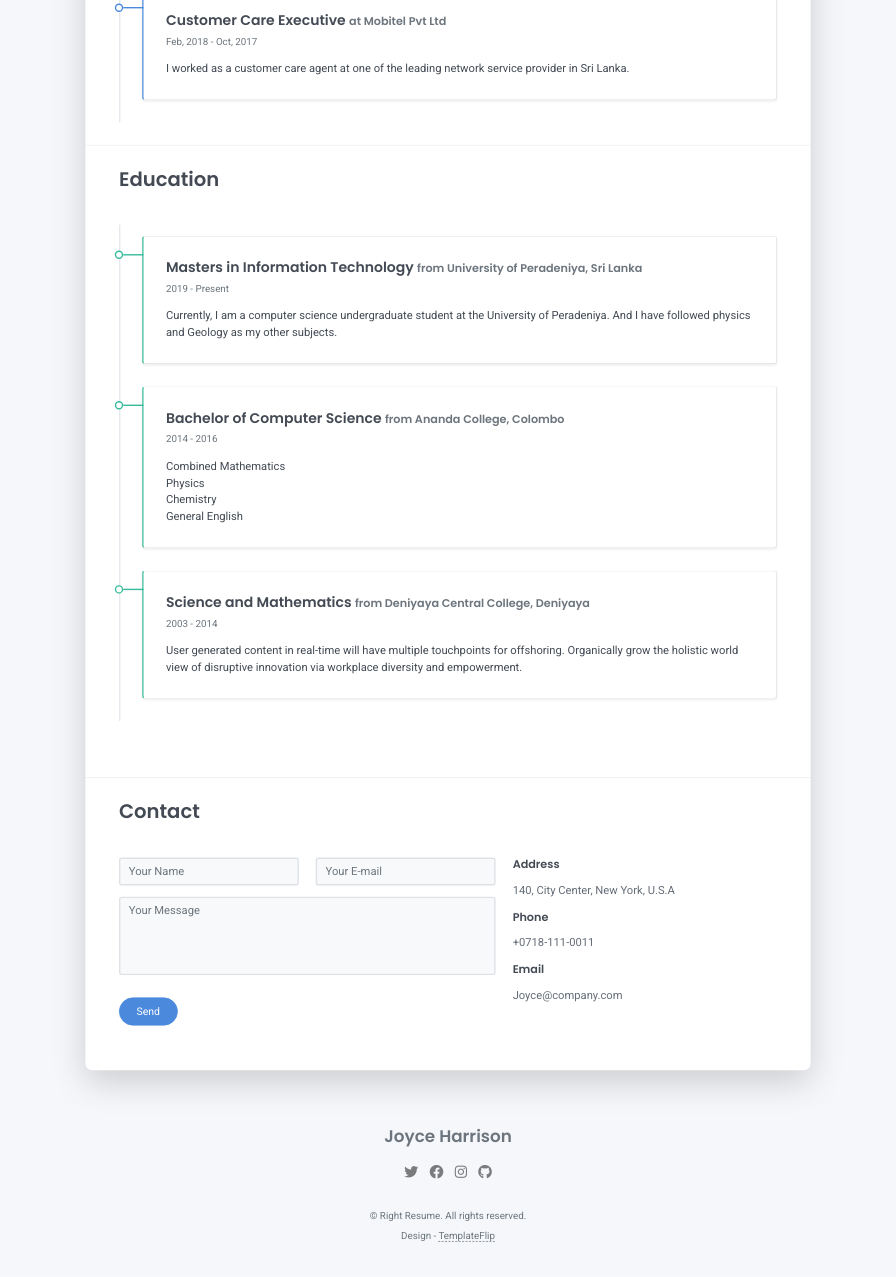
Repository: virangaj/resume
Page: index.html
An editor plug-in stored every save of this project. The page is shown before and after the next save, followed by the edit.
The browser window is 1280 px wide. The pictures show the part of the page from y = 1780 to 3700 px (the page is 3604 px tall before and 3700 px after), at 70% of full size.

Above is the page before, as saved 2021-08-31 19:44:54.

### index.html
<!DOCTYPE html>
<html lang="en-US">
	<head>
		<meta charset="UTF-8" />
		<meta http-equiv="X-UA-Compatible" content="IE=edge" />
		<meta name="viewport" content="width=device-width, initial-scale=1" />
		<title>Virang Jayawardana</title>
		<link
			rel="preconnect"
			href="https://fonts.gstatic.com"
			crossorigin="crossorigin"
		/>
		<link
			rel="preload"
			as="style"
			href="https://fonts.googleapis.com/css2?family=Poppins:wght@600&amp;family=Roboto:wght@300;400;500;700&amp;display=swap"
		/>
		<link
			rel="stylesheet"
			href="https://fonts.googleapis.com/css2?family=Poppins:wght@600&amp;family=Roboto:wght@300;400;500;700&amp;display=swap"
			media="print"
			onload="this.media='all'"
		/>
		<noscript>
			<link
				rel="stylesheet"
				href="https://fonts.googleapis.com/css2?family=Poppins:wght@600&amp;family=Roboto:wght@300;400;500;700&amp;display=swap"
			/>
		</noscript>
		<link href="css/font-awesome/css/all.min.css?ver=1.2.0" rel="stylesheet" />
		<link href="css/bootstrap.min.css?ver=1.2.0" rel="stylesheet" />
		<link href="css/aos.css?ver=1.2.0" rel="stylesheet" />
		<link href="css/main.css?ver=1.2.0" rel="stylesheet" />
		<noscript>
			<style type="text/css">
				[data-aos] {
					opacity: 1 !important;
					transform: translate(0) scale(1) !important;
				}
			</style>
		</noscript>
	</head>
	<body id="top">
		<header class="d-print-none">
			<div class="container text-center text-lg-left">
				<div class="py-3 clearfix">
					<h1 class="site-title mb-0">Virang Jayawardana</h1>
					<div class="site-nav">
						<nav role="navigation">
							<ul class="nav justify-content-center">
								<li class="nav-item">
									<a
										class="nav-link"
										href="https://twitter.com/VirangaPasi"
										title="Twitter"
										><i class="fab fa-twitter"></i
										><span class="menu-title sr-only">Twitter</span></a
									>
								</li>
								<li class="nav-item">
									<a
										class="nav-link"
										href="https://www.facebook.com/virangapasindu.jayawardana/"
										title="Facebook"
										><i class="fab fa-facebook"></i
										><span class="menu-title sr-only">Facebook</span></a
									>
								</li>
								<li class="nav-item">
									<a
										class="nav-link"
										href="https://www.instagram.com/pasiya_k9/"
										title="Instagram"
										><i class="fab fa-instagram"></i
										><span class="menu-title sr-only">Instagram</span></a
									>
								</li>
								<li class="nav-item">
									<a
										class="nav-link"
										href="https://github.com/Viranga-pasi"
										title="Github"
										><i class="fab fa-github"></i
										><span class="menu-title sr-only">Github</span></a
									>
								</li>
							</ul>
						</nav>
					</div>
				</div>
			</div>
		</header>
		<div class="page-content">
			<div class="container">
				<div class="cover shadow-lg bg-white">
					<div class="cover-bg p-3 p-lg-4 text-white">
						<div class="row">
							<div class="col-lg-4 col-md-5">
								<div class="avatar hover-effect bg-white shadow-sm p-1">
									<img src="images/avatar.jpg" width="200" height="200" />
								</div>
							</div>
							<div class="col-lg-8 col-md-7 text-center text-md-start">
								<h2 class="h1 mt-2" data-aos="fade-left" data-aos-delay="0">
									Joyce Harrison
								</h2>
								<p data-aos="fade-left" data-aos-delay="100">
									Undergraduate | Web Developer
								</p>
								<div
									class="d-print-none"
									data-aos="fade-left"
									data-aos-delay="200"
								>
									<a
										class="btn btn-light text-dark shadow-sm mt-1 me-1"
										href="right-resume.pdf"
										target="_blank"
										>Download CV</a
									><a class="btn btn-success shadow-sm mt-1" href="#contact"
										>Hire Me</a
									>
								</div>
							</div>
						</div>
					</div>
					<div class="about-section pt-4 px-3 px-lg-4 mt-1">
						<div class="row">
							<div class="col-md-6">
								<h2 class="h3 mb-3">About Me</h2>
								<p>
									Hello! I’m Viranga Jayawardana. I am passionate about new
									technologies and Web Design. I am a skilled Front-end
									Developer and amazing video editor.
								</p>
							</div>
							<div class="col-md-5 offset-md-1">
								<div class="row mt-2">
									<div class="col-sm-4">
										<div class="pb-1">Age</div>
									</div>
									<div class="col-sm-8">
										<div class="pb-1 text-secondary">24</div>
									</div>
									<div class="col-sm-4">
										<div class="pb-1">Email</div>
									</div>
									<div class="col-sm-8">
										<div class="pb-1 text-secondary">
											virangapasindu4@gmail.com
										</div>
									</div>
									<div class="col-sm-4">
										<div class="pb-1">Phone</div>
									</div>
									<div class="col-sm-8">
										<div class="pb-1 text-secondary">+94 71 530 9595</div>
									</div>
									<div class="col-sm-4">
										<div class="pb-1">Address</div>
									</div>
									<div class="col-sm-8">
										<div class="pb-1 text-secondary">
											Samanala, Galdola, Kotapola, Sri Lanka
										</div>
									</div>
								</div>
							</div>
						</div>
					</div>
					<hr class="d-print-none" />
					<div class="skills-section px-3 px-lg-4">
						<h2 class="h3 mb-3">Professional Skills</h2>
						<div class="row">
							<div class="col-md-6">
								<div class="mb-2">
									<span>HTML</span>
									<div class="progress my-1">
										<div
											class="progress-bar bg-primary"
											role="progressbar"
											data-aos="zoom-in-right"
											data-aos-delay="100"
											data-aos-anchor=".skills-section"
											style="width: 90%"
											aria-valuenow="90"
											aria-valuemin="0"
											aria-valuemax="100"
										></div>
									</div>
								</div>
								<div class="mb-2">
									<span>CSS</span>
									<div class="progress my-1">
										<div
											class="progress-bar bg-primary"
											role="progressbar"
											data-aos="zoom-in-right"
											data-aos-delay="200"
											data-aos-anchor=".skills-section"
											style="width: 85%"
											aria-valuenow="85"
											aria-valuemin="0"
											aria-valuemax="100"
										></div>
									</div>
								</div>
								<div class="mb-2">
									<span>JavaScript</span>
									<div class="progress my-1">
										<div
											class="progress-bar bg-primary"
											role="progressbar"
											data-aos="zoom-in-right"
											data-aos-delay="300"
											data-aos-anchor=".skills-section"
											style="width: 80%"
											aria-valuenow="80"
											aria-valuemin="0"
											aria-valuemax="100"
										></div>
									</div>
								</div>
								<div class="mb-2">
									<span>ReactJs</span>
									<div class="progress my-1">
										<div
											class="progress-bar bg-primary"
											role="progressbar"
											data-aos="zoom-in-right"
											data-aos-delay="300"
											data-aos-anchor=".skills-section"
											style="width: 75%"
											aria-valuenow="75"
											aria-valuemin="0"
											aria-valuemax="100"
										></div>
									</div>
								</div>
								<div class="mb-2">
									<span>Java</span>
									<div class="progress my-1">
										<div
											class="progress-bar bg-primary"
											role="progressbar"
											data-aos="zoom-in-right"
											data-aos-delay="300"
											data-aos-anchor=".skills-section"
											style="width: 70%"
											aria-valuenow="70"
											aria-valuemin="0"
											aria-valuemax="100"
										></div>
									</div>
								</div>
								<div class="mb-2">
									<span>C language</span>
									<div class="progress my-1">
										<div
											class="progress-bar bg-primary"
											role="progressbar"
											data-aos="zoom-in-right"
											data-aos-delay="300"
											data-aos-anchor=".skills-section"
											style="width: 70%"
											aria-valuenow="70"
											aria-valuemin="0"
											aria-valuemax="100"
										></div>
									</div>
								</div>
								<div class="mb-2">
									<span>Wordpress</span>
									<div class="progress my-1">
										<div
											class="progress-bar bg-primary"
											role="progressbar"
											data-aos="zoom-in-right"
											data-aos-delay="300"
											data-aos-anchor=".skills-section"
											style="width: 85%"
											aria-valuenow="85"
											aria-valuemin="0"
											aria-valuemax="100"
										></div>
									</div>
								</div>
							</div>
							<div class="col-md-6">
								<div class="mb-2">
									<span>Adobe Photoshop</span>
									<div class="progress my-1">
										<div
											class="progress-bar bg-success"
											role="progressbar"
											data-aos="zoom-in-right"
											data-aos-delay="400"
											data-aos-anchor=".skills-section"
											style="width: 80%"
											aria-valuenow="90"
											aria-valuemin="0"
											aria-valuemax="100"
										></div>
									</div>
								</div>
								<div class="mb-2">
									<span>Abode Premiere Pro</span>
									<div class="progress my-1">
										<div
											class="progress-bar bg-success"
											role="progressbar"
											data-aos="zoom-in-right"
											data-aos-delay="500"
											data-aos-anchor=".skills-section"
											style="width: 85%"
											aria-valuenow="85"
											aria-valuemin="0"
											aria-valuemax="100"
										></div>
									</div>
								</div>
								<div class="mb-2">
									<span>Adobe After Effect</span>
									<div class="progress my-1">
										<div
											class="progress-bar bg-success"
											role="progressbar"
											data-aos="zoom-in-right"
											data-aos-delay="600"
											data-aos-anchor=".skills-section"
											style="width: 75%"
											aria-valuenow="75"
											aria-valuemin="0"
											aria-valuemax="100"
										></div>
									</div>
								</div>
								<div class="mb-2">
									<span>Adobe XD</span>
									<div class="progress my-1">
										<div
											class="progress-bar bg-success"
											role="progressbar"
											data-aos="zoom-in-right"
											data-aos-delay="600"
											data-aos-anchor=".skills-section"
											style="width: 75%"
											aria-valuenow="75"
											aria-valuemin="0"
											aria-valuemax="100"
										></div>
									</div>
								</div>
								<div class="mb-2">
									<span>Microsoft Office</span>
									<div class="progress my-1">
										<div
											class="progress-bar bg-success"
											role="progressbar"
											data-aos="zoom-in-right"
											data-aos-delay="600"
											data-aos-anchor=".skills-section"
											style="width: 85%"
											aria-valuenow="85"
											aria-valuemin="0"
											aria-valuemax="100"
										></div>
									</div>
								</div>
							</div>
						</div>
					</div>
					<hr class="d-print-none" />
					<div class="work-experience-section px-3 px-lg-4">
						<h2 class="h3 mb-4">Work Experience</h2>
						<div class="timeline">
							<div class="timeline-card timeline-card-primary card shadow-sm">
								<div class="card-body">
									<div class="h5 mb-1">
										Web Master
										<span class="text-muted h6">at Computer Society</span>
									</div>
									<div class="text-muted text-small mb-2">
										Dec, 2020 - Present
									</div>
									<div>
										I worked as a webmaster in the computer society at the
										university of Peradeniya and mentored few web projects.
									</div>
								</div>
							</div>
							<div class="timeline-card timeline-card-primary card shadow-sm">
								<div class="card-body">
									<div class="h5 mb-1">
										Founder
										<span class="text-muted h6">at ImageZero</span>
									</div>
									<div class="text-muted text-small mb-2">
										Feb, 2019 - Present
									</div>
									<div>
										I’m the owner and founder of ImgageZero, which I used to
										output my talents since few years back. Quite good and
										amazing video editor in the range of different areas. And
										have 2-3 years of experience of working with massive to
										local industries.
									</div>
								</div>
							</div>
							<div class="timeline-card timeline-card-primary card shadow-sm">
								<div class="card-body">
									<div class="h5 mb-1">
										Customer Care Executive
										<span class="text-muted h6">at Mobitel Pvt Ltd</span>
									</div>
									<div class="text-muted text-small mb-2">
										Feb, 2018 - Oct, 2017
									</div>
									<div>
										I worked as a customer care agent at one of the leading
										network service provider in Sri Lanka.
									</div>
								</div>
							</div>
						</div>
					</div>
					<hr class="d-print-none" />
					<div class="page-break"></div>
					<div class="education-section px-3 px-lg-4 pb-4">
						<h2 class="h3 mb-4">Education</h2>
						<div class="timeline">
							<div class="timeline-card timeline-card-success card shadow-sm">
								<div class="card-body">
									<div class="h5 mb-1">
										Masters in Information Technology
										<span class="text-muted h6"
											>from University of Peradeniya, Sri Lanka</span
										>
									</div>
									<div class="text-muted text-small mb-2">2019 - Present</div>
									<div>
										Currently, I am a computer science undergraduate student at
										the University of Peradeniya. And I have followed physics
										and Geology as my other subjects.
									</div>
								</div>
							</div>
							<div class="timeline-card timeline-card-success card shadow-sm">
								<div class="card-body">
									<div class="h5 mb-1">
										Bachelor of Computer Science
										<span class="text-muted h6"
											>from Ananda College, Colombo</span
										>
									</div>
									<div class="text-muted text-small mb-2">2014 - 2016</div>
									<div>Combined Mathematics</div>
									<div>Physics</div>
									<div>Chemistry</div>
									<div>General English</div>
								</div>
							</div>
							<div class="timeline-card timeline-card-success card shadow-sm">
								<div class="card-body">
									<div class="h5 mb-1">
										Science and Mathematics
										<span class="text-muted h6"
											>from Deniyaya Central College, Deniyaya</span
										>
									</div>
									<div class="text-muted text-small mb-2">2003 - 2014</div>
									<div>
										User generated content in real-time will have multiple
										touchpoints for offshoring. Organically grow the holistic
										world view of disruptive innovation via workplace diversity
										and empowerment.
									</div>
								</div>
							</div>
						</div>
					</div>
					<hr class="d-print-none" />
					<div class="contant-section px-3 px-lg-4 pb-4" id="contact">
						<h2 class="h3 text mb-3">Contact</h2>
						<div class="row">
							<div class="col-md-7 d-print-none">
								<div class="my-2">
									<form
										action="https://formspree.io/your@email.com"
										method="POST"
									>
										<div class="row">
											<div class="col-6">
												<input
													class="form-control"
													type="text"
													id="name"
													name="name"
													placeholder="Your Name"
													required
												/>
											</div>
											<div class="col-6">
												<input
													class="form-control"
													type="email"
													id="email"
													name="_replyto"
													placeholder="Your E-mail"
													required
												/>
											</div>
										</div>
										<div class="form-group my-2">
											<textarea
												class="form-control"
												style="resize: none"
												id="message"
												name="message"
												rows="4"
												placeholder="Your Message"
												required
											></textarea>
										</div>
										<button class="btn btn-primary mt-2" type="submit">
											Send
										</button>
									</form>
								</div>
							</div>
							<div class="col">
								<div class="mt-2">
									<h3 class="h6">Address</h3>
									<div class="pb-2 text-secondary">
										140, City Center, New York, U.S.A
									</div>
									<h3 class="h6">Phone</h3>
									<div class="pb-2 text-secondary">+0718-111-0011</div>
									<h3 class="h6">Email</h3>
									<div class="pb-2 text-secondary">Joyce@company.com</div>
								</div>
							</div>
							<div class="col d-none d-print-block">
								<div class="mt-2">
									<div>
										<div class="mb-2">
											<div class="text-dark">
												<i class="fab fa-twitter mr-1"></i
												><span>https://twitter.com/templateflip</span>
											</div>
										</div>
										<div class="mb-2">
											<div class="text-dark">
												<i class="fab fa-facebook mr-1"></i
												><span>https://www.facebook.com/templateflip</span>
											</div>
										</div>
										<div class="mb-2">
											<div class="text-dark">
												<i class="fab fa-instagram mr-1"></i
												><span>https://www.instagram.com/templateflip</span>
											</div>
										</div>
										<div class="mb-2">
											<div class="text-dark">
												<i class="fab fa-github mr-1"></i
												><span>https://github.com/templateflip</span>
											</div>
										</div>
									</div>
								</div>
							</div>
						</div>
					</div>
				</div>
			</div>
		</div>
		<footer class="pt-4 pb-4 text-muted text-center d-print-none">
			<div class="container">
				<div class="my-3">
					<div class="h4">Joyce Harrison</div>
					<div class="footer-nav">
						<nav role="navigation">
							<ul class="nav justify-content-center">
								<li class="nav-item">
									<a
										class="nav-link"
										href="https://twitter.com/templateflip"
										title="Twitter"
										><i class="fab fa-twitter"></i
										><span class="menu-title sr-only">Twitter</span></a
									>
								</li>
								<li class="nav-item">
									<a
										class="nav-link"
										href="https://www.facebook.com/templateflip"
										title="Facebook"
										><i class="fab fa-facebook"></i
										><span class="menu-title sr-only">Facebook</span></a
									>
								</li>
								<li class="nav-item">
									<a
										class="nav-link"
										href="https://www.instagram.com/templateflip"
										title="Instagram"
										><i class="fab fa-instagram"></i
										><span class="menu-title sr-only">Instagram</span></a
									>
								</li>
								<li class="nav-item">
									<a
										class="nav-link"
										href="https://github.com/templateflip"
										title="Github"
										><i class="fab fa-github"></i
										><span class="menu-title sr-only">Github</span></a
									>
								</li>
							</ul>
						</nav>
					</div>
				</div>
				<div class="text-small">
					<div class="mb-1">&copy; Right Resume. All rights reserved.</div>
					<div>
						Design -
						<a href="https://templateflip.com/" target="_blank">TemplateFlip</a>
					</div>
				</div>
			</div>
		</footer>
		<script src="scripts/bootstrap.bundle.min.js?ver=1.2.0"></script>
		<script src="scripts/aos.js?ver=1.2.0"></script>
		<script src="scripts/main.js?ver=1.2.0"></script>
	</body>
</html>

### css/main.css
/* Buttons */
/* Inputs */
/* Timeline custom component */
.timeline {
	border-left: 2px solid #e6e9ed;
	padding: 1rem 0;
}

.timeline-card {
	position: relative;
	margin-left: 31px;
	border-left: 2px solid;
	margin-bottom: 2rem;
}

.timeline-card:last-child {
	margin-bottom: 1rem;
}

.timeline-card:before {
	content: '';
	display: inline-block;
	position: absolute;
	background-color: #fff;
	border-radius: 10px;
	width: 12px;
	height: 12px;
	top: 20px;
	left: -41px;
	border: 2px solid;
	z-index: 2;
}

.timeline-card:after {
	content: '';
	display: inline-block;
	position: absolute;
	background-color: currentColor;
	width: 29px;
	height: 2px;
	top: 25px;
	left: -29px;
	z-index: 1;
}

.timeline-card-primary {
	border-left-color: #4a89dc;
}

.timeline-card-primary:before {
	border-color: #4a89dc;
}

.timeline-card-primary:after {
	background-color: #4a89dc;
}

.timeline-card-success {
	border-left-color: #37bc9b;
}

.timeline-card-success:before {
	border-color: #37bc9b;
}

.timeline-card-success:after {
	background-color: #37bc9b;
}

html {
	scroll-behavior: smooth;
}

.site-title {
	font-size: 1.25rem;
	line-height: 2.5rem;
}

.nav-link {
	padding: 0;
	font-size: 1.25rem;
	line-height: 2.5rem;
	color: rgba(0, 0, 0, 0.5);
}

.nav-link:hover,
.nav-link:focus,
.active .nav-link {
	color: rgba(0, 0, 0, 0.8);
}

.nav-item + .nav-item {
	margin-left: 1rem;
}

.cover {
	border-radius: 10px;
}

.cover-bg {
	background-color: #4a89dc;
	background-image: url("data:[embedded picture, 1696 characters]");
	border-radius: 10px 10px 0 0;
}

.avatar {
	max-width: 216px;
	max-height: 216px;
	margin-top: 20px;
	text-align: center;
	margin-left: auto;
	margin-right: auto;
}

.avatar img {
	/* Safari 6.0 - 9.0 */
	/* filter: grayscale(100%); */
}

footer a:not(.nav-link) {
	color: inherit;
	border-bottom: 1px dashed;
	text-decoration: none;
	cursor: pointer;
}

@media (min-width: 48em) {
	.site-title {
		float: left;
	}
	.site-nav {
		float: right;
	}
	.avatar {
		margin-bottom: -80px;
		margin-left: 0;
	}
}

@media print {
	body {
		background-color: #fff;
	}
	.container {
		width: auto;
		max-width: 100%;
		padding: 0;
	}
	.cover,
	.cover-bg {
		border-radius: 0;
	}
	.cover.shadow-lg {
		box-shadow: none !important;
	}
	.cover-bg {
		padding: 5rem !important;
		padding-bottom: 10px !important;
	}
	.avatar {
		margin-top: -10px;
	}
	.about-section {
		padding: 6.5rem 5rem 2rem !important;
	}
	.skills-section,
	.work-experience-section,
	.education-section,
	.contant-section {
		padding: 1.5rem 5rem 2rem !important;
	}
	.page-break {
		padding-top: 5rem;
		page-break-before: always;
	}
}

Loaded but not shown: css/font-awesome/css/all.min.css (library); css/bootstrap.min.css (library); css/aos.css (library); scripts/bootstrap.bundle.min.js (library); scripts/aos.js (library); scripts/main.js (common file)

After the next save:
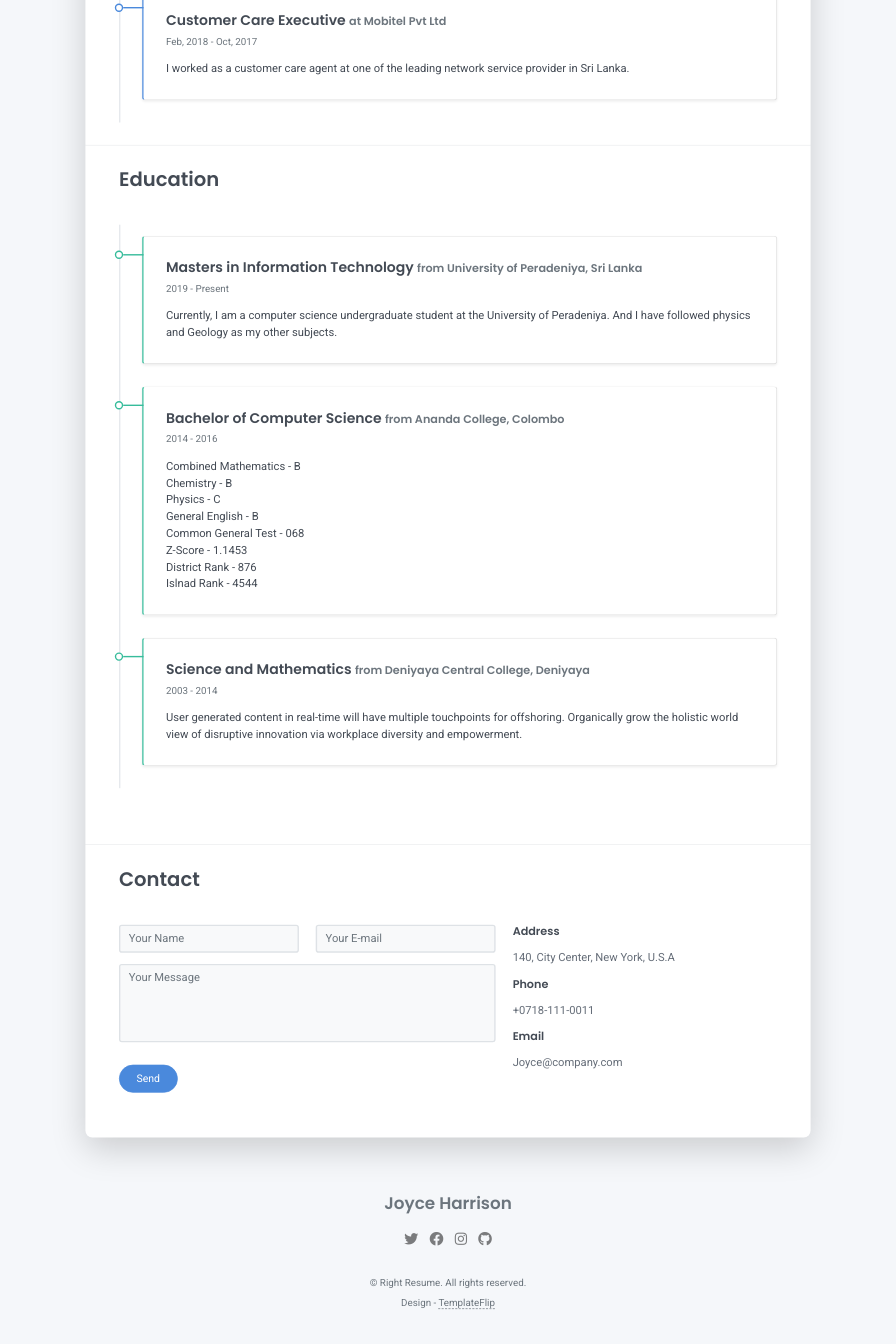
Saved 103 s later.
--- a/index.html
+++ b/index.html
@@ -454,10 +454,14 @@
 										>
 									</div>
 									<div class="text-muted text-small mb-2">2014 - 2016</div>
-									<div>Combined Mathematics</div>
-									<div>Physics</div>
-									<div>Chemistry</div>
-									<div>General English</div>
+									<div>Combined Mathematics - B</div>
+									<div>Chemistry - B</div>
+									<div>Physics - C</div>
+									<div>General English - B</div>
+									<div>Common General Test - 068</div>
+									<div>Z-Score - 1.1453</div>
+									<div>District Rank - 876</div>
+									<div>Islnad Rank - 4544</div>
 								</div>
 							</div>
 							<div class="timeline-card timeline-card-success card shadow-sm">
